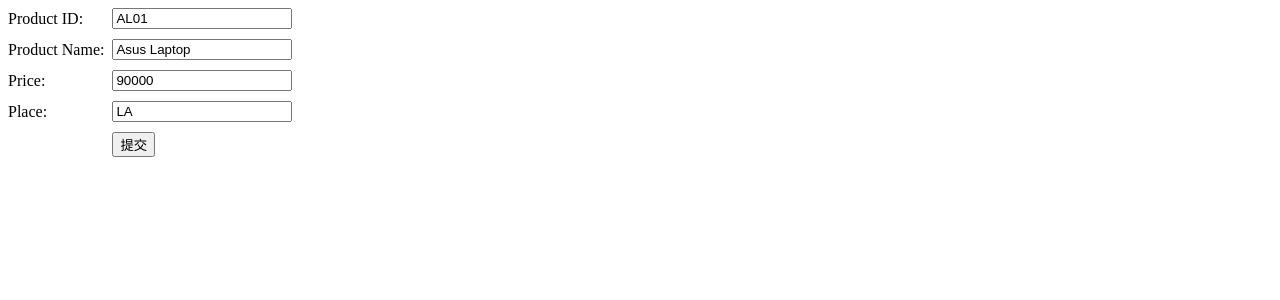
Repository: chofong1999/workspace202607
Page: mvweb0716/src/main/webapp/product.html
An editor plug-in stored every save of this project. The page is shown before and after the next save, followed by the edit.
The browser window is 1280 px wide. The pictures show the whole page.

Above is the page before, as saved 2026-07-16 03:11:46.

### mvweb0716/src/main/webapp/product.html
<!DOCTYPE html>
<html>
<head>
<meta charset="UTF-8">
<title>Product Form</title>

<style>
.product-form {
    display: grid;
    /* 第一欄自動配合最長標題，第二欄是輸入框 */
    grid-template-columns: max-content 180px;
    gap: 10px 8px;
    align-items: center;
    width: max-content;
}
.product-form input {
    width: 100%;
    box-sizing: border-box;
}
.product-form button {
    grid-column: 2;
    justify-self: start;
}
</style>
</head>

<body>

<form action="product.jsp" method="post" class="product-form">

    Product ID:<br>
    <input type="text" name="product_id" value="AL01">
    Product Name:<br>
    <input type="text" name="product_name" value="Asus Laptop">
    Price:<br>
    <input type="text" name="price" value="90000">
    Place:<br>
    <input type="text" name="place" value="LA">
    <button type="submit">提交</button>
</form>

</body>
</html>

After the next save:
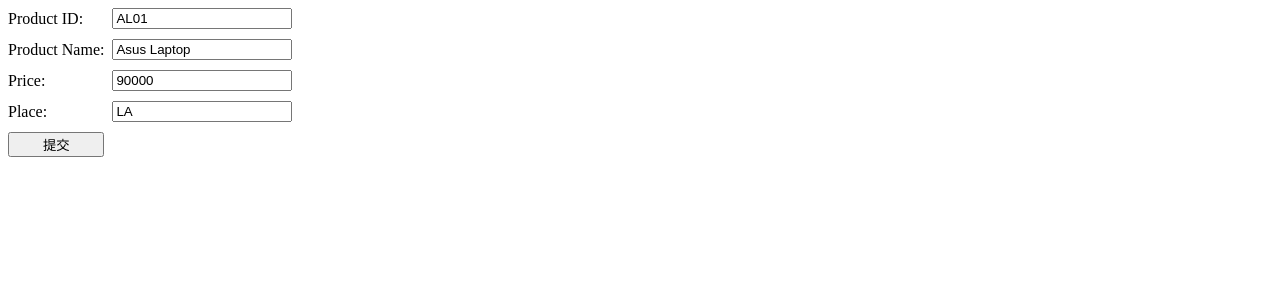
Saved 25 s later.
--- a/mvweb0716/src/main/webapp/product.html
+++ b/mvweb0716/src/main/webapp/product.html
@@ -12,14 +12,6 @@
     gap: 10px 8px;
     align-items: center;
     width: max-content;
-}
-.product-form input {
-    width: 100%;
-    box-sizing: border-box;
-}
-.product-form button {
-    grid-column: 2;
-    justify-self: start;
 }
 </style>
 </head>

After the save that followed:
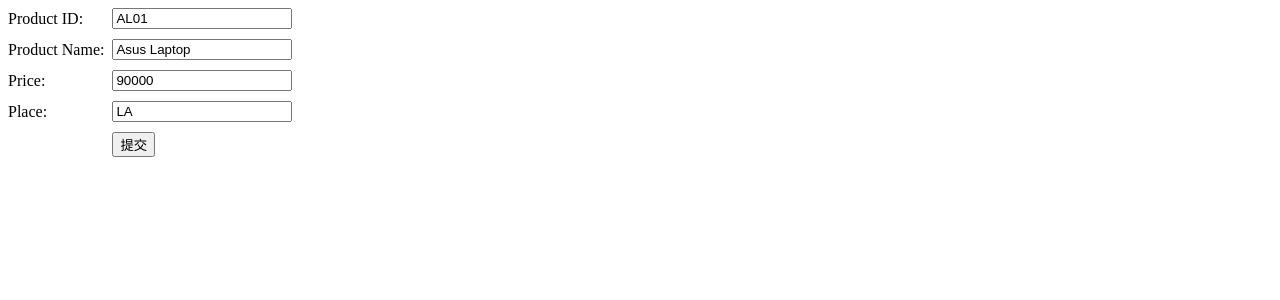
Saved 25 s later.
--- a/mvweb0716/src/main/webapp/product.html
+++ b/mvweb0716/src/main/webapp/product.html
@@ -12,6 +12,10 @@
     gap: 10px 8px;
     align-items: center;
     width: max-content;
+}
+.product-form button {
+    grid-column: 2;
+    justify-self: start;
 }
 </style>
 </head>
